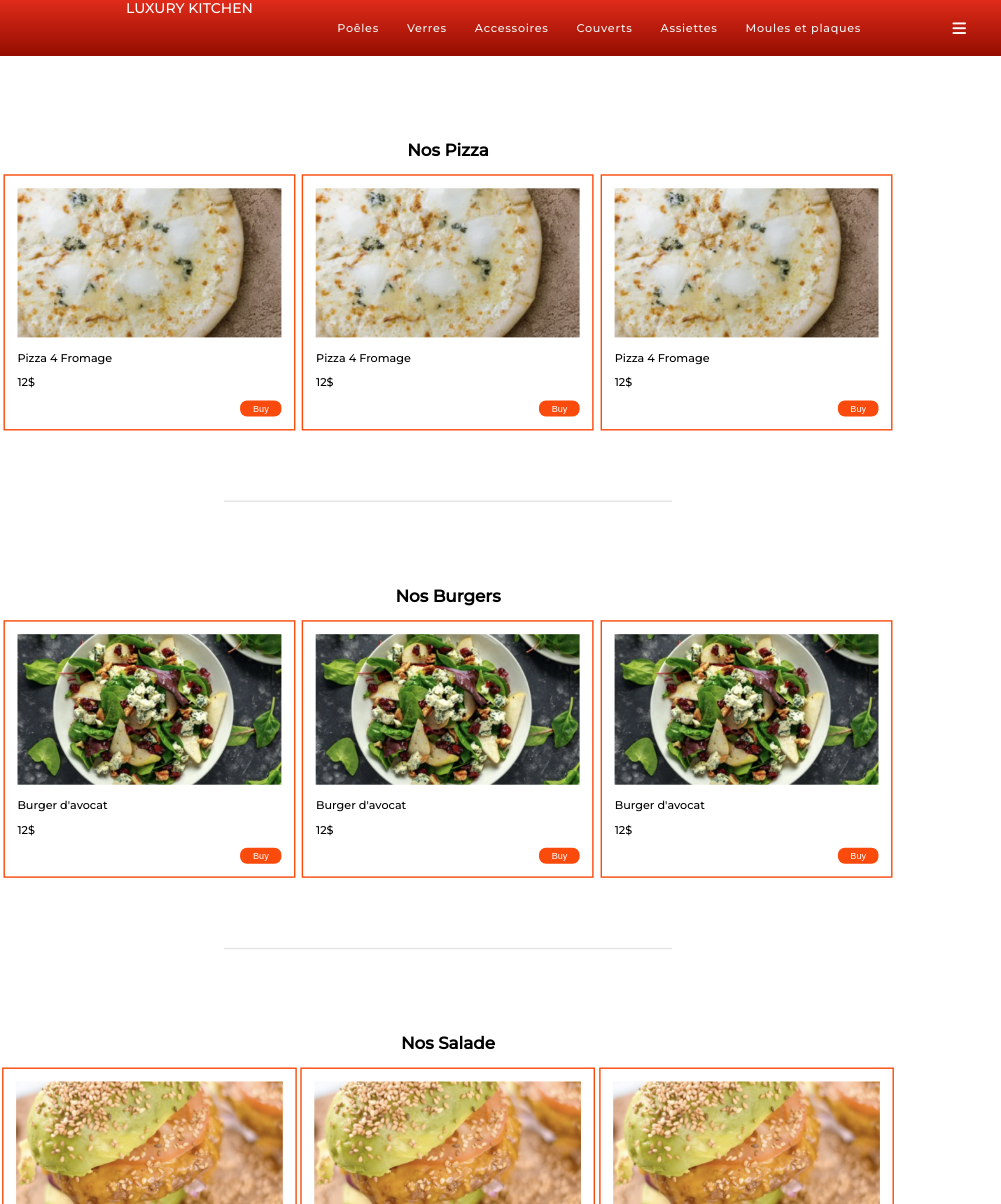
Repository: Ahlam-belhadj/bella-olange
Page: index.html
The author's editor kept a copy of each file at every save. The page is drawn from the files as they stood at one save, then again after a run of saves.
The browser window is 1280 px wide. The page is 1430 px wide, so the pictures cover 1430 px, including what lies to the right of the window. The pictures show the part of the page from y = 0 to 1720 px (the page is 2870 px tall), at 70% of full size.
Some icons come from a web library that is not loaded, so they are not drawn.

Above is the page before, as saved 2023-02-12 00:11:59.

### index.html
<!DOCTYPE html>
<html lang="en">

<head>
    <meta charset="UTF-8">
    <meta http-equiv="X-UA-Compatible" content="IE=edge">
    <meta name="viewport" content="width=device-width, initial-scale=1.0">
    <script src="https://code.iconify.design/iconify-icon/1.0.3/iconify-icon.min.js"></script>
    <link rel="stylesheet" href="https://cdnjs.cloudflare.com/ajax/libs/font-awesome/6.2.1/css/all.min.css" />
    <link rel="stylesheet" href="style.css">
    <title>Bella olanje</title>
</head>

<body>
        <nav>
            <div class="logo"><a href="#">Luxury kitchen</a></div>
            <ul>
                <li><a href="#" class="nav-link">Poêles</a></li>
                <li><a href="#" class="nav-link">Verres</a></li>
                <li><a href="#" class="nav-link">Accessoires</a></li>
                <li><a href="#" class="nav-link">Couverts</a></li>
                <li><a href="#" class="nav-link">Assiettes</a></li>
                <li><a href="#" class="nav-link">Moules et plaques</a></li>
            </ul>
            <div class="icon_navbar">
                <div class="icon">
                    <div class="icon_panier">
                        <a href="#"><iconify-icon icon="ph:bag-simple" style="color: white;" width="25"></iconify-icon></a>
                    </div>
                    <div class="icon_account">
                        <a href="#"><iconify-icon icon="ic:sharp-account-circle" style="color: white;" width="25"></iconify-icon></a>
                    </div>
                </div>
                <label for="click" class="menu-btn">
                  <i class="fas fa-bars"></i>
                </label>
            </div>
          </nav>
    <main>
        <h2 id="pizza" >Nos Pizza</h2>
        <div class="container-card">
            <div class="border">
                <div class="card-img">
                    <img src="image/fromage.png" alt="">
                </div>
                <div class="card-text">
                    <p>
                        Pizza 4 Fromage
                    </p>
                </div>
                <div class="prix">
                    <p>
                        12$
                    </p>
                </div>
                <div class="button1">
                    <a href="index2.html"><button class="button" type="button">Buy</button></a>
                </div>
            </div>
            <div class="border">
                <div class="card-img">
                    <img src="image/fromage.png" alt="">
                </div>
                <div class="card-text">
                    <p>
                        Pizza 4 Fromage
                    </p>
                </div>
                <div class="prix">
                    <p>
                        12$
                    </p>
                </div>
                <div class="button1">
                    <a href="index2.html"><button class="button" type="button">Buy</button></a>
                </div>
            </div>
            <div class="border">
                <div class="card-img">
                    <img src="image/fromage.png" alt="">
                </div>
                <div class="card-text">
                    <p>
                        Pizza 4 Fromage
                    </p>
                </div>
                <div class="prix">
                    <p>
                        12$
                    </p>
                </div>
                <div class="button1">
                    <a href="index2.html"><button class="button" type="button">Buy</button></a>
                </div>
            </div>
        </div>
        <hr id="burgers">
        <h2>Nos Burgers</h2>
        <div class="container-card">
            <div class="border">
                <div class="card-img">
                    <img src="image/salade.png" alt="">
                </div>
                <div class="card-text">
                    <p>
                        Burger d'avocat
                    </p>
                </div>
                <div class="prix">
                    <p>
                        12$
                    </p>
                </div>
                <div class="button1">
                    <a href="index2.html"><button class="button" type="button">Buy</button></a>
                </div>
            </div>
            <div class="border">
                <div class="card-img">
                    <img src="image/salade.png" alt="">
                </div>
                <div class="card-text">
                    <p>
                        Burger d'avocat
                    </p>
                </div>
                <div class="prix">
                    <p>
                        12$
                    </p>
                </div>
                <div class="button1">
                    <a href="index2.html"><button class="button" type="button">Buy</button></a>
                </div>
            </div>
            <div class="border">
                <div class="card-img">
                    <img src="image/salade.png" alt="">
                </div>
                <div class="card-text">
                    <p>
                        Burger d'avocat
                    </p>
                </div>
                <div class="prix">
                    <p>
                        12$
                    </p>
                </div>
                <div class="button1">
                    <a href="index2.html"><button class="button" type="button">Buy</button></a>
                </div>
            </div>
        </div>
        <hr id="salade">
        <h2>Nos Salade</h2>
        <div class="container-card">
            <div class="border">
                <div class="card-img">
                    <img src="image/burger.png" alt="">
                </div>
                <div class="card-text">
                    <p>
                        Burger d'avocat
                    </p>
                </div>
                <div class="prix">
                    <p>
                        12$
                    </p>
                </div>
                <div class="button1">
                    <a href="index2.html"><button class="button" type="button">Buy</button></a>
                </div>
            </div>
            <div class="border">
                <div class="card-img">
                    <img src="image/burger.png" alt="">
                </div>
                <div class="card-text">
                    <p>
                        Burger d'avocat
                    </p>
                </div>
                <div class="prix">
                    <p>
                        12$
                    </p>
                </div>
                <div class="button1">
                    <a href="index2.html"><button class="button" type="button">Buy</button></a>
                </div>
            </div>
            <div class="border">
                <div class="card-img">
                    <img src="image/burger.png" alt="">
                </div>
                <div class="card-text">
                    <p>
                        Burger d'avocat
                    </p>
                </div>
                <div class="prix">
                    <p>
                        12$
                    </p>
                </div>
                <div class="button1">
                    <a href="index2.html"><button class="button" type="button">Buy</button></a>
                </div>
            </div>
        </div>


        <strong>
            Problem solved
        </strong>


        <p class="texte3">After so many iterations and research covered, through my designs i was able to help <br> customers get
            acquainted
            with the app and order as fast as they can while enjoying the <br>
            process as they doing it.</p>



        <div class="title1">
            <div class="texte">
                <h2>Bonne appétit</h2>
            </div>
        </div>

        <footer class="footer">
            <img class="footer_logo" src="image/logo_bella_olonje.png" alt="logo">
            <div class="social">
                <img src="image/ant-design_twitter-outlined.png" alt="panier">
                <img src="image/ant-design_facebook-filled.png" alt="facebook">
                <img src="image/instagram.png" alt="insta">
            </div>
            <p class="copy">Copyright 2020 BienManger.com</p>
        </footer>
    </main>

</body>

</html>

### style.css
@import url('https://fonts.googleapis.com/css2?family=Montserrat:wght@100;200;500&display=swap');

body {
    font-family: Montserrat, sans-serif;
    margin: auto;
}


.logo {
    height: 80px;
    padding-left: 80px;
}

nav {
    display: flex;
    height: 80px;
    width: 100%;
    background: linear-gradient(#E02B1A, #930D00);
    align-items: center;
    justify-content: space-between;
    padding: 0 50px 0 100px;
    flex-wrap: wrap;
  }

  nav .logo {
    color: #fff;
    font-size: 20px;
    text-transform: uppercase;
    text-decoration: none;
  }

  nav a {
    color: #fff;
    text-decoration: none;
  }

  nav ul {
    display: flex;
    flex-wrap: wrap;
    list-style: none;

  }

  nav ul li {
    margin: 0 5px;
  }

  nav ul li a {
    color: #f2f2f2;
    text-decoration: none;
    font-size: 16px;
    font-weight: 500;
    padding: 8px 15px;
    border-radius: 5px;
    letter-spacing: 1px;
    transition: all 0.3s ease;
  }

  nav .icon_navbar {
    display: flex;
  }

  nav .icon {
    display: flex;
  }

  nav .icon_account {
    padding-right: 25px;
  }

  nav .icon_panier {
    padding-right: 25px;
  }

  nav .menu-btn i {
    color: #fff;
    font-size: 22px;
    cursor: pointer;

  }

  input[type="checkbox"] {
    display: none;
  }

  @media (max-width: 1000px) {
    nav {
      padding: 0 40px 0 50px;
    }

    nav .logo {
      color: #fff;
      font-size: 16px;
      text-transform: uppercase;
    }
  }

  @media (max-width: 1250px) {
    nav .menu-btn i {
      display: block;
    }

    #click:checked~.menu-btn i:before {
      content: "\f00d";
    }

    nav ul {
      position: fixed;
      top: 80px;
      right: -100%;
      background: #C81100;
      height: 100vh;
      width: 60%;
      text-align: center;
      display: block;
      transition: all 0.3s ease;
    }

    #click:checked~ul {
      right: 0;
    }

    nav ul li {
      width: 100%;
      margin: 40px 0;
    }

    nav ul li a {
      width: 100%;
      display: block;
      font-size: 20px;
      transition: 0.6s cubic-bezier(0.68, -0.55, 0.265, 1.55);
    }

    #click:checked~ul li a {
      margin-left: 0px;
    }

    nav ul li a.active,
    nav ul li a:hover {
      background: none;
      color: #1E1E1E;
    }
  }

.title {
  background-image: url(image/Rectangle\ 48.png);
  height: 619px;
  background-repeat: no-repeat;
  background-position: center;
  background-size: cover;



}

.texte{
    color: white;
    display: flex;
    align-items: center;
    justify-content: center;
    flex-direction: column;
    text-align: center;
    height: 50%;
}

h2{
    text-align:center;
    padding-top: 100px;
}

.container-card{
    display: flex;
    flex-direction: row;
    justify-content: space-around;
    align-items: center;
    margin-bottom: 100px;

}

.border{
    border: 2px solid #fa4a0c;
    padding: 18px;

}


.button {
    border: 0;
    line-height: 1.8;
    padding: 0 18px;
    font-size: 13px;
    text-align: center;
    color: #fff;
    border-radius: 10px;
    background-color:#FA4A0C;

}


.button1{
    display: flex;
    justify-content: end;

}

.imgf{
    height: 619px;
}

.title1 {
    background-image: url(image/Rectangle\ 47.png);
    height: 516px;
    background-repeat: no-repeat;
    background-position: center;
    background-size: cover;



}

p.texte3 {

    margin-bottom: 100px;
    padding-left: 40px;
}

.footer {
    padding: 0 115px 54px 115px;
    display: flex;
    flex-direction: row;
    justify-content: space-between;
}

.footer_logo {
    padding-top: 17px;
    height: 90px;
}

.social {
    padding-top: 66px;
}

.copy {
    padding-top: 74px;
    font-family: Montserrat;
    font-style: normal;
    font-weight: 700;
    font-size: 12px;
    line-height: 18px;
    letter-spacing: 0.2px;
}


hr {
    width: 50%;
    height: 2px;
    background-color:#E4E4E4;
    border: none;
}

strong {
    padding-left: 40px;

}



@media (max-width:801px) {

    .container-card{
        flex-direction: column;
    }

    .border {
        margin: 20px;
    }


    .footer{
        padding: 0;
    }

    .social {
        padding: 0;
    }

    .nav-menu {
        width: 105%;
    }

}

After the next 2 saves:
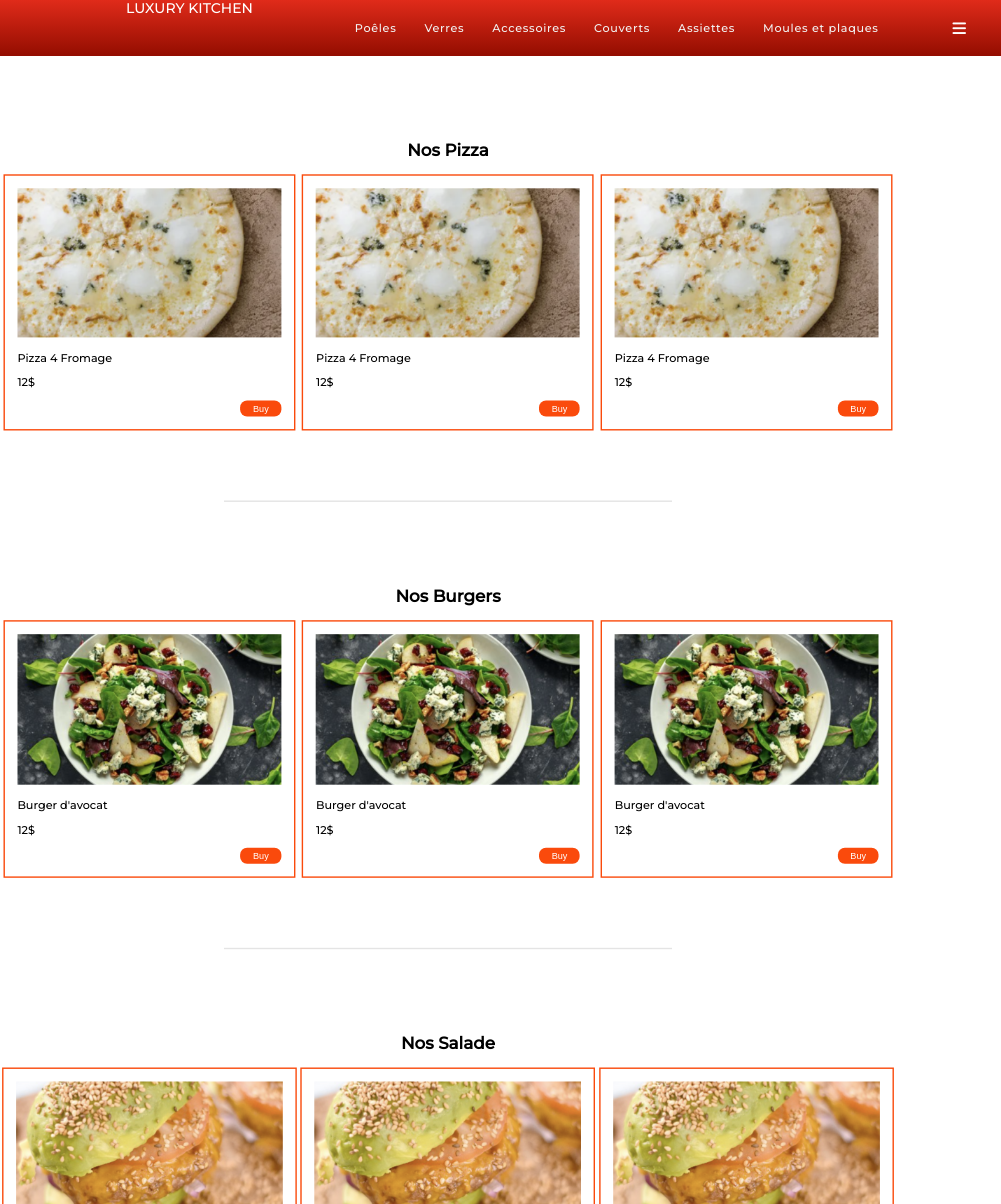
The 2 saves are shown as one change because they came seconds apart.
The last was saved 29 s later.
--- a/index.html
+++ b/index.html
@@ -23,14 +23,6 @@
                 <li><a href="#" class="nav-link">Moules et plaques</a></li>
             </ul>
             <div class="icon_navbar">
-                <div class="icon">
-                    <div class="icon_panier">
-                        <a href="#"><iconify-icon icon="ph:bag-simple" style="color: white;" width="25"></iconify-icon></a>
-                    </div>
-                    <div class="icon_account">
-                        <a href="#"><iconify-icon icon="ic:sharp-account-circle" style="color: white;" width="25"></iconify-icon></a>
-                    </div>
-                </div>
                 <label for="click" class="menu-btn">
                   <i class="fas fa-bars"></i>
                 </label>
